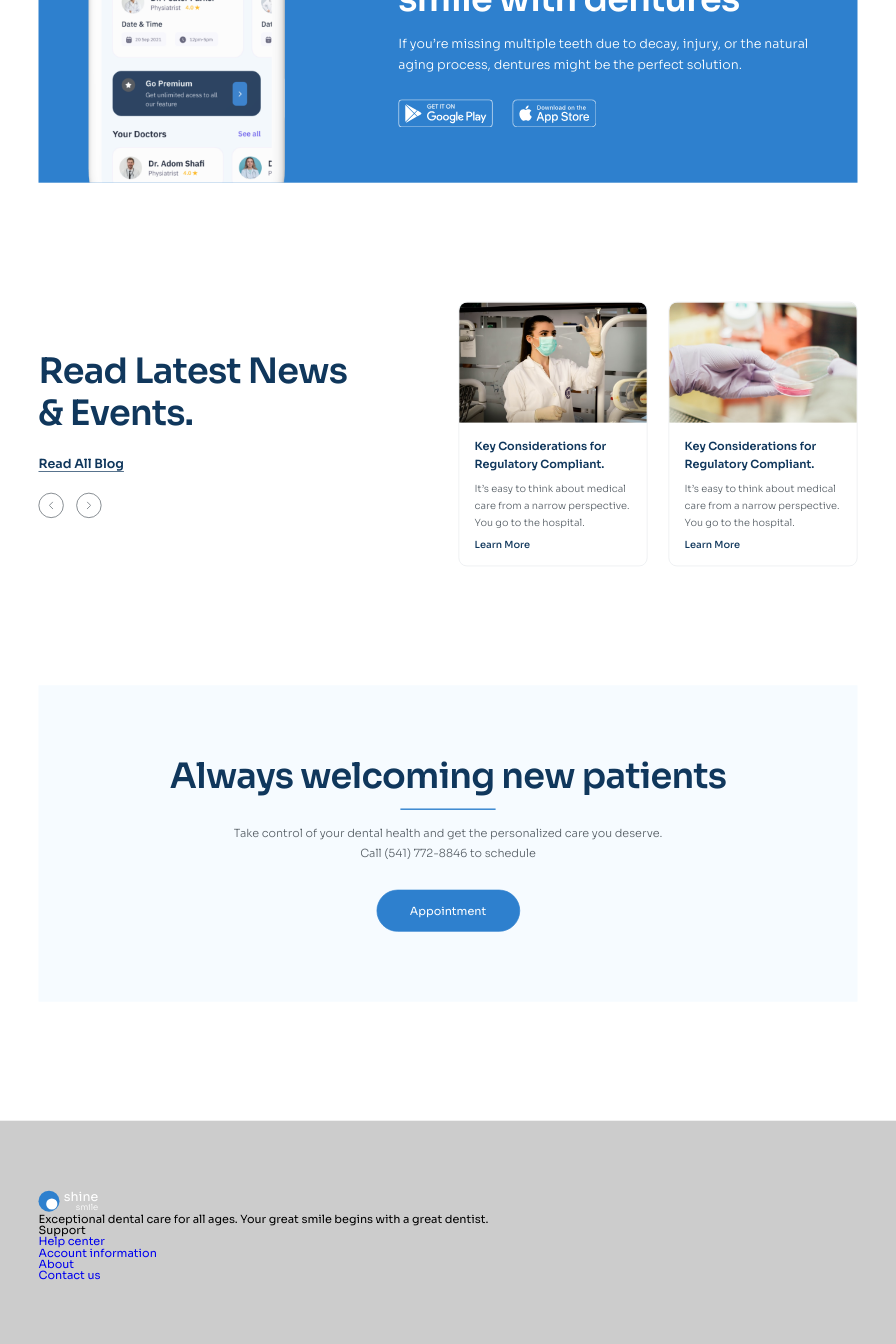
Repository: han2003dz/f8-project-03
Page: index.html
An editor plug-in stored every save of this project. The page is shown before and after the next save, followed by the edit.
The browser window is 1280 px wide. The pictures show the part of the page from y = 4580 to 6500 px (the page is 8000 px tall), at 70% of full size.

Above is the page before, as saved 2023-05-09 00:11:35.

After the next save:
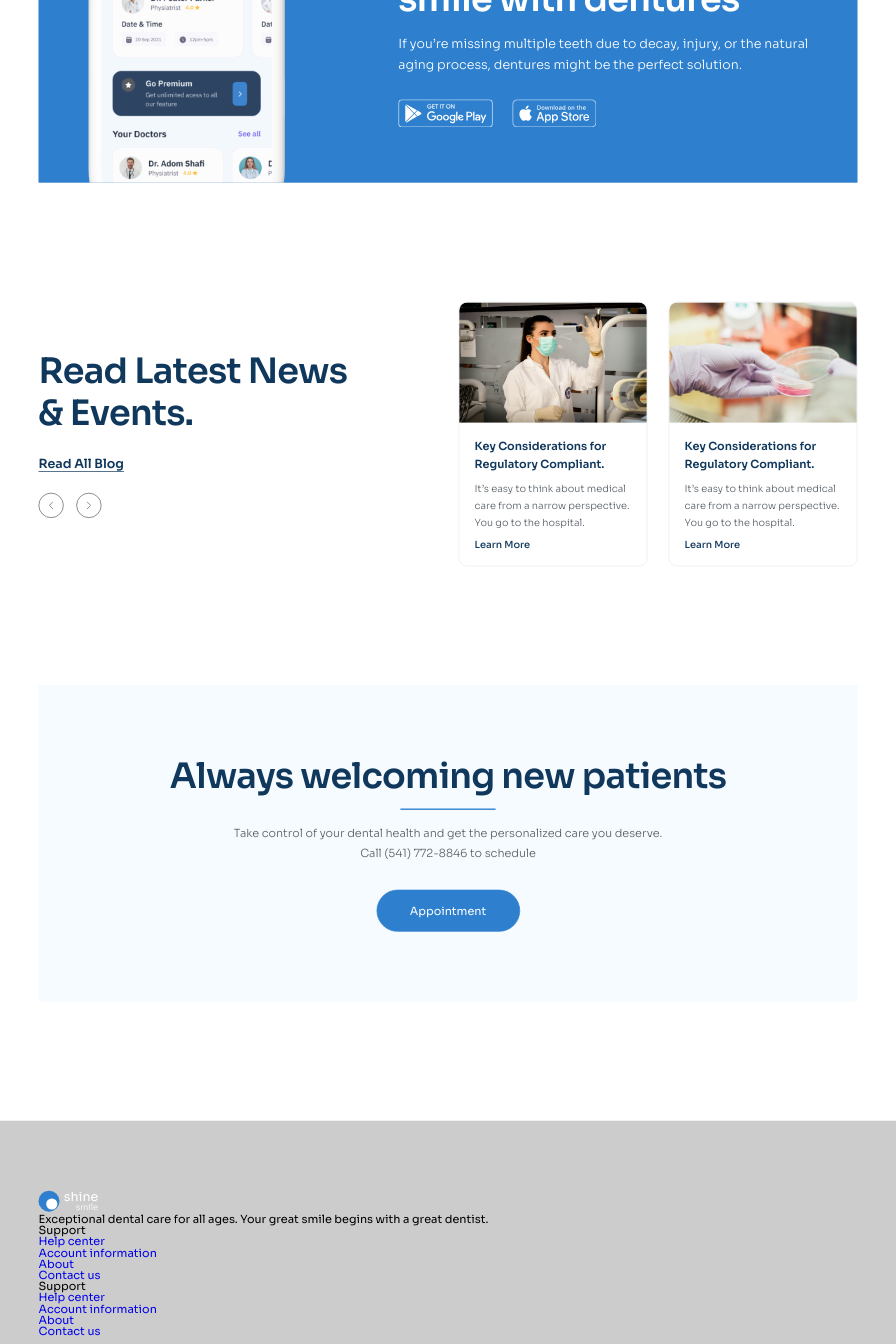
Saved 61 s later.
--- a/index.html
+++ b/index.html
@@ -409,6 +409,20 @@
                         <li>
                             <a href="#!" class="footer__link">Contact us</a>
                         </li>
+                        <h3 class="footer__heading">Support</h3>
+                    <ul class="footer__list">
+                        <li>
+                            <a href="#!" class="footer__link">Help center</a>
+                        </li>
+                        <li>
+                            <a href="#!" class="footer__link">Account information</a>
+                        </li>
+                        <li>
+                            <a href="#!" class="footer__link">About</a>
+                        </li>
+                        <li>
+                            <a href="#!" class="footer__link">Contact us</a>
+                        </li>
                     </ul>
                 </div>
                 <div class="footer__col"></div>
